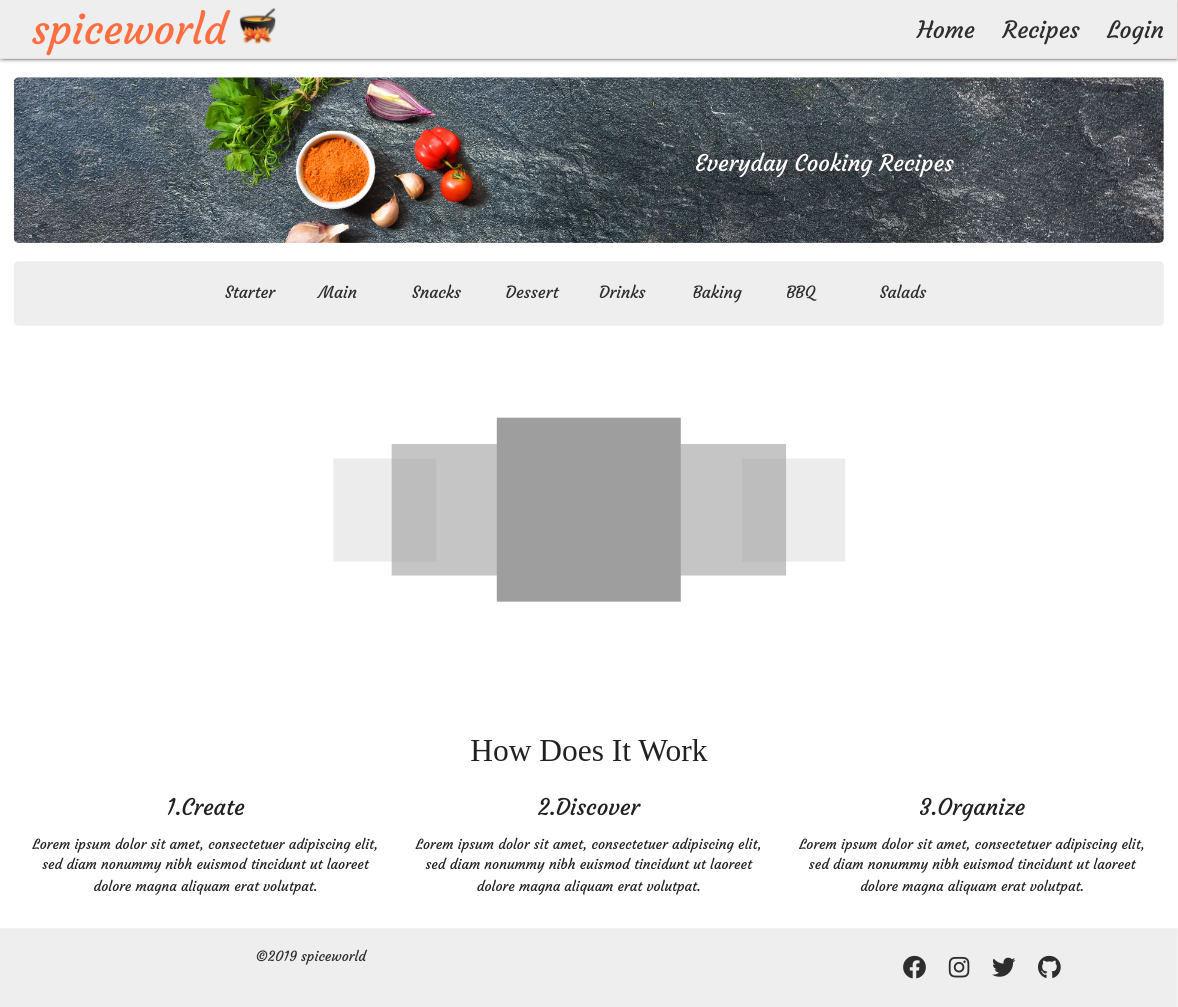
Repository: stephyraju/spiceworld
Page: http://localhost/
The author's editor kept a record of every edit. The page is drawn from the files as they stood at one moment, then again after the next edit.
The browser window is 1280 px wide. The pictures show the whole page, at 92% of full size.
Pictures or frames that could not be fetched are drawn as grey boxes. Some web libraries are served in a nearby version. The page is served by the project's application, run on Flask 3 (app.py). Queries for data that is not in the repository find no rows.

Above is the page before.

### templates/index.html
{% extends 'base.html'%} {% block content %}
<!-- Title image -->
<section class="title-container section-container">
 <img src="{{ url_for('static', filename='images/titleimg.jpg') }}" alt="title image">
 <div class="intro-content">
  <h5>Everyday Cooking Recipes</h5>
 </div>
</section>

<!-- Category -->
<section class="catergory-container section-container">
 <div class="row">
  <div class="col s1 offset-s2">
   <!-- Dropdown Trigger -->
   <a class='dropdown-trigger' href='#' data-target='dropdown1'>Starter</a>
  </div>
  <!-- Dropdown Structure -->
  <ul id='dropdown1' class='dropdown-content'>
   <li><a href="#!">one</a></li>
   <li><a href="#!">two</a></li>
   <li><a href="#!">three</a></li>
   <li><a href="#!">four</a></li>
   <li><a href="#!">five</a></li>
  </ul>

  <div class="col s1">
   <!-- Dropdown Trigger -->
   <a class='dropdown-trigger' href='#' data-target='dropdown1'>Main</a>
  </div>
  <!-- Dropdown Structure -->
  <ul id='dropdown1' class='dropdown-content'>
   <li><a href="#!">one</a></li>
   <li><a href="#!">two</a></li>
   <li><a href="#!">three</a></li>
   <li><a href="#!">four</a></li>
   <li><a href="#!">five</a></li>
  </ul>
  <div class="col s1">
   <!-- Dropdown Trigger -->
   <a class='dropdown-trigger' href='#' data-target='dropdown1'>Snacks</a>
  </div>
  <!-- Dropdown Structure -->
  <ul id='dropdown1' class='dropdown-content'>
   <li><a href="#!">one</a></li>
   <li><a href="#!">two</a></li>
   <li><a href="#!">three</a></li>
   <li><a href="#!">four</a></li>
   <li><a href="#!">five</a></li>
  </ul>
  <div class="col s1">
   <!-- Dropdown Trigger -->
   <a class='dropdown-trigger' href='#' data-target='dropdown1'>Dessert</a>
  </div>
  <!-- Dropdown Structure -->
  <ul id='dropdown1' class='dropdown-content'>
   <li><a href="#!">one</a></li>
   <li><a href="#!">two</a></li>
   <li><a href="#!">three</a></li>
   <li><a href="#!">four</a></li>
   <li><a href="#!">five</a></li>
  </ul>
  <div class="col s1">
   <!-- Dropdown Trigger -->
   <a class='dropdown-trigger' href='#' data-target='dropdown1'>Drinks</a>
  </div>
  <!-- Dropdown Structure -->
  <ul id='dropdown1' class='dropdown-content'>
   <li><a href="#!">one</a></li>
   <li><a href="#!">two</a></li>
   <li><a href="#!">three</a></li>
   <li><a href="#!">four</a></li>
   <li><a href="#!">five</a></li>
  </ul>
  <div class="col s1">
   <!-- Dropdown Trigger -->
   <a class='dropdown-trigger' href='#' data-target='dropdown1'>Baking</a>
  </div>
  <!-- Dropdown Structure -->
  <ul id='dropdown1' class='dropdown-content'>
   <li><a href="#!">one</a></li>
   <li><a href="#!">two</a></li>
   <li><a href="#!">three</a></li>
   <li><a href="#!">four</a></li>
   <li><a href="#!">five</a></li>
  </ul>
  <div class="col s1">
   <!-- Dropdown Trigger -->
   <a class='dropdown-trigger' href='#' data-target='dropdown1'>BBQ</a>
  </div>
  <!-- Dropdown Structure -->
  <ul id='dropdown1' class='dropdown-content'>
   <li><a href="#!">one</a></li>
   <li><a href="#!">two</a></li>
   <li><a href="#!">three</a></li>
   <li><a href="#!">four</a></li>
   <li><a href="#!">five</a></li>
  </ul>
  <div class="col s1">
   <!-- Dropdown Trigger -->
   <a class='dropdown-trigger' href='#' data-target='dropdown1'>Salads</a>
  </div>
  <!-- Dropdown Structure -->
  <ul id='dropdown1' class='dropdown-content'>
   <li><a href="#!">one</a></li>
   <li><a href="#!">two</a></li>
   <li><a href="#!">three</a></li>
   <li><a href="#!">four</a></li>
   <li><a href="#!">five</a></li>
  </ul>
 </div>
</section>
<!-- Carosal-Display -->
<section class="carosal-display">
 <div class="row">

  <div class="carousel">
   <a class="carousel-item" href="#one!"><img src="https://lorempixel.com/250/250/nature/1"></a>
   <a class="carousel-item" href="#two!"><img src="https://lorempixel.com/250/250/nature/2"></a>
   <a class="carousel-item" href="#three!"><img src="https://lorempixel.com/250/250/nature/3"></a>
   <a class="carousel-item" href="#four!"><img src="https://lorempixel.com/250/250/nature/4"></a>
   <a class="carousel-item" href="#five!"><img src="https://lorempixel.com/250/250/nature/5"></a>
  </div>
 </div>
</section>
<!-- Description -->
<section class="section-container div-description">
 <div class="row cells center">
  <div class="col s12">
   <h4> How Does It Work </h3>
  </div>
  <div class="col s12 m4 content">
   <h5>1.Create</h5>
   <p>Lorem ipsum dolor sit amet, consectetuer adipiscing elit, sed diam nonummy nibh euismod tincidunt ut laoreet dolore magna aliquam erat volutpat. </p>
  </div>
  <div class="col s12 m4 content">
   <h5>2.Discover</h5>
   <p>Lorem ipsum dolor sit amet, consectetuer adipiscing elit, sed diam nonummy nibh euismod tincidunt ut laoreet dolore magna aliquam erat volutpat. </p>
  </div>
  <div class="col s12 m4 content">
   <h5>3.Organize</h5>
   <p>Lorem ipsum dolor sit amet, consectetuer adipiscing elit, sed diam nonummy nibh euismod tincidunt ut laoreet dolore magna aliquam erat volutpat. </p>
  </div>
 </div>
</section>

{% endblock %}

### templates/base.html
<!DOCTYPE html>
<html lang="en">

<head>
  <meta charset="UTF-8">
  <meta name="viewport" content="width=device-width, initial-scale=1.0">
  <meta http-equiv="X-UA-Compatible" content="ie=edge">
  <title>spiceworld</title>

  <!--Google Fonts-->
  <link href="https://fonts.googleapis.com/css?family=Courgette&display=swap" rel="stylesheet">
  <!--Font Awesome-->
  <link rel="stylesheet" href="https://use.fontawesome.com/releases/v5.8.2/css/all.css" integrity="sha384-oS3vJWv+0UjzBfQzYUhtDYW+Pj2yciDJxpsK1OYPAYjqT085Qq/1cq5FLXAZQ7Ay" crossorigin="anonymous">
  <!--Materialize CSS-->
  <link rel="stylesheet" href="https://cdnjs.cloudflare.com/ajax/libs/materialize/1.0.0/css/materialize.min.css">
  <!--CSS-->
  <link rel="stylesheet" href="{{ url_for('static', filename='css/style.css')}}" type="text/css" />

</head>

<body>

  <!--Header-->
  <header class="navbar-fixed">
    <nav>
      <div class="nav-wrapper grey lighten-3">
        <a href="#" class="brand-logo">spiceworld <img class="hide-on-med-and-down" src="{{ url_for('static', filename='images/logo.png') }}"></a>
        <a href="#" data-target="mobile-sidenav" class="sidenav-trigger"><i class="fas fa-bars"></i></a>
        <ul id="nav-mobile" class="right hide-on-med-and-down">
          <li><a href="{{ url_for('get_recipes') }}">Home</a></li>
          <li><a href="{{ url_for('view_recipes') }}">Recipes</a></li>
          <li><a href="collapsible.html">Login</a></li>
        </ul>
      </div>
    </nav>
  </header>
  <!--Sidenav-->
  <ul class="sidenav" id="mobile-sidenav">
    <img class="responsive-img" src="{{ url_for('static', filename='images/sidenav.png') }}" alt="spices-image">

    <li><a class="active" href="#">Home</a></li>
    <li><a href="#!">Recipes</a></li>

    <li><a href="#">Login</a></li>
    <li><a class="waves-effect" href="#!">Third Link With Waves</a></li>
  </ul>

  <main>
    {% block content %}
    {% endblock %}
  </main>

  <footer class="page-footer grey lighten-3">

     <div class="row footer-content">
        <div class="col s5 m4">
          <div>&copy;2019 spiceworld</div>
        </div>
        <div class="col s7 m3">
                    <a href="https://www.facebook.com/" target="_blank"><i class="fab fa-facebook social-icon"></i></a>
                    <a href="https://www.instagram.com/" target="_blank"><i class="fab fa-instagram social-icon"></i></a>
                    <a href="https://www.twitter.com/" target="_blank"><i class="fab fa-twitter social-icon"></i></a>
                    <a href="https://github.com/stephyraju" target="_blank"><i class="fab fa-github social-icon"></i></a>
        </div>

      </div>

  </footer>

  <script src="https://code.jquery.com/jquery-3.4.0.slim.js" integrity="sha256-milezx5lakrZu0OP9b2QWFy1ft/UEUK6NH1Jqz8hUhQ=" crossorigin="anonymous"></script>
  <script src="https://cdnjs.cloudflare.com/ajax/libs/materialize/1.0.0/js/materialize.min.js"></script>
  <script src="{{ url_for('static', filename='js/main.js') }}"></script>
</body>

</html>

### app.py
import os
from flask import Flask, render_template, redirect, request, url_for
from flask_pymongo import PyMongo
from bson.objectid import ObjectId

# declaring app name
app = Flask(__name__)

app.config["MONGO_DBNAME"] = 'cook_book'
app.config["MONGO_URI"] = os.getenv('MONGO_URI', 'mongodb://localhost')

mongo = PyMongo(app)

@app.route('/')
@app.route('/index')
def index():
     return render_template("index.html", recipes=mongo.db.recipes.find())

#@app.route('/get_recipes',methods=['GET'])
#def get_recipes():
 #    return render_template("recipes.html", recipes=mongo.db.recipes.find())

@app.route('/', methods=['POST', 'GET'])
def get_recipes():

    recipes = mongo.db.categories.find().sort('name', pymongo.ASCENDING)
    return render_template('recipes.html',
                           recipes=recipes,
                           categories=categories)


@app.route('/add_recipe')
def add_recipe():
     return render_template("addrecipe.html",
               recipes=mongo.db.recipes.find(),
               categories = mongo.db.categories.find(),
               cuisines=mongo.db.cuisines.find(),
               difficulty=mongo.db.difficulty.find(),
               allergens=mongo.db.allergens.find())


@app.route('/insert_recipe', methods=['POST'])
def insert_recipe():
    print(request.form)
    print(request.form.getlist('ingredients[]'))
    print(request.form.to_dict())
    recipes = mongo.db.recipes
    data = request.form.to_dict()
    data.update({'ingredients':request.form.getlist('ingredients[]')})
    del data['ingredients[]']
    recipes.insert_one(data)
    return redirect(url_for('get_recipes'))

@app.route('/view_recipes', methods=['GET'])
def view_recipes():
     return render_template("view.html",
               categories=mongo.db.categories.find())


if __name__ == '__main__':
    app.run(host=os.environ.get('IP'),
            port=int(os.environ.get('PORT')),
            debug=True)

### static/css/style.css
@import url('https://fonts.googleapis.com/css?family=Courgette&display=swap');

body {
  background-color: F0F0F0;
  font-family: "Courgette", sans-serif;
  display: flex;
  flex-direction: column;
  min-height: 100vh;
  overflow-x: hidden;
}
.section-container {
  max-width: 100%;
  margin-left: auto;
  margin-right: auto;
  padding-left: 15px;
  padding-right: 15px;
  border-radius: 5px;
}
/* -------- Nav Bar ----------*/

nav {
     font-family: 'Courgette';
}

nav .brand-logo {
    color: #ff6e40;
    font-size: 3rem;
    font-family: 'Courgette', cursive;
    -webkit-transition: 0.2s;
    -o-transition: 0.2s;
    transition: 0.2s;
}

@media screen and (min-width: 993px){
nav .brand-logo {
    margin-left: 2.3rem;
}
}
nav ul a {
  color:#2d2d2d;
  font-size: 1.7rem;
  font-family: 'Courgette';
}
nav ul a:hover,
nav ul .active {
  color:#ff6e40;
}
.fa-bars{
  color: #ff6e40;
}

/*--------Title----------*/

.title-container{
  position: relative;
  text-align: center;
  color: white;
  width:100%;
  margin-top: 20px;
}
.title-container img{
    display: block;
    width: 100%;
    height: 25vh;
    object-fit: cover;
    border-radius: 5px;
}

.intro-content{
  position: absolute;
  top: 50%;
  left: 70%;
  transform: translate(-50%, -50%);
}
/*--------Category---------*/

.catergory-container{
  font-size: 1.2rem;
  color:#2d2d2d;
  margin-top: 20px;
  background-color:#eeeeee;
  height:70px;
  margin-left: 15px;
  margin-right: 15px;
}
.catergory-container .row {
  padding-top: 20px;
}
.catergory-container a {
  color:#2d2d2d;
}
.catergory-container a :hover {
  color:#ff6e40 !important;
}

/*--------Description---------*/
.cells h4 {
  font-family: 'Muli','sans-serif';
}
.cells-head{
  padding-top: 20px;
  color: #76c14f;
  font-size: 1.5rem;

}
/*--------Footer---------*/

.page-footer i{
  color:#2d2d2d;
}
.page-footer i:hover{
   color:#ff6e40;
}
.page-footer {
    min-height: 45px;
}
.footer-content{
  display:flex;
  color:#2d2d2d;
}
.copyright{
  padding-top: 10px;
}
.social-icon {
  margin: 10px;
  color: white;
  font-size: 1.7rem;
}

### static/js/main.js
$(document).ready(function(){
    $('.sidenav').sidenav();
    $('.dropdown-trigger').dropdown();
    $('select').formSelect();
    $('.carousel').carousel();

  });

 var ingredientField = $(".ingredient").length;
    $("#add_ingredient").on("click", function () {
        $("select").formSelect("destroy");
        $(".new-ingredient:first").clone().insertBefore("#add_ingredient").find("input[type='text'], select, textarea").val("");
        $("select").formSelect();
        ingredientField += 1;
    });

    $("#remove_ingredient").on("click", function () {
        if (ingredientField > 1) {
            /* only remove the :last item */
            $(this).siblings(".new-ingredient:last").remove();
            /* ensure original ingredient line never gets deleted */
            ingredientField-= 1;
        }
    });


var methodField = $(".method").length;
    /* add new cloned item */
    $("#add-method").on("click", function () {
        /* clone and remove existing values */
        $(".new-step:first").clone().insertBefore("#add-method").find("input[type='text'], select, textarea").val("");
        /* increase counter so original direction is never removed */
        methodField += 1;
    });
    /* delete last cloned item */
    $("#remove-method").on("click", function () {
        if ( methodField > 1) {
            /* only remove the :last item */
            $(this).siblings(".new-step:last").remove();
            /* ensure original direction line never gets deleted */
            methodField -= 1;
        }
    });

After the next edit:
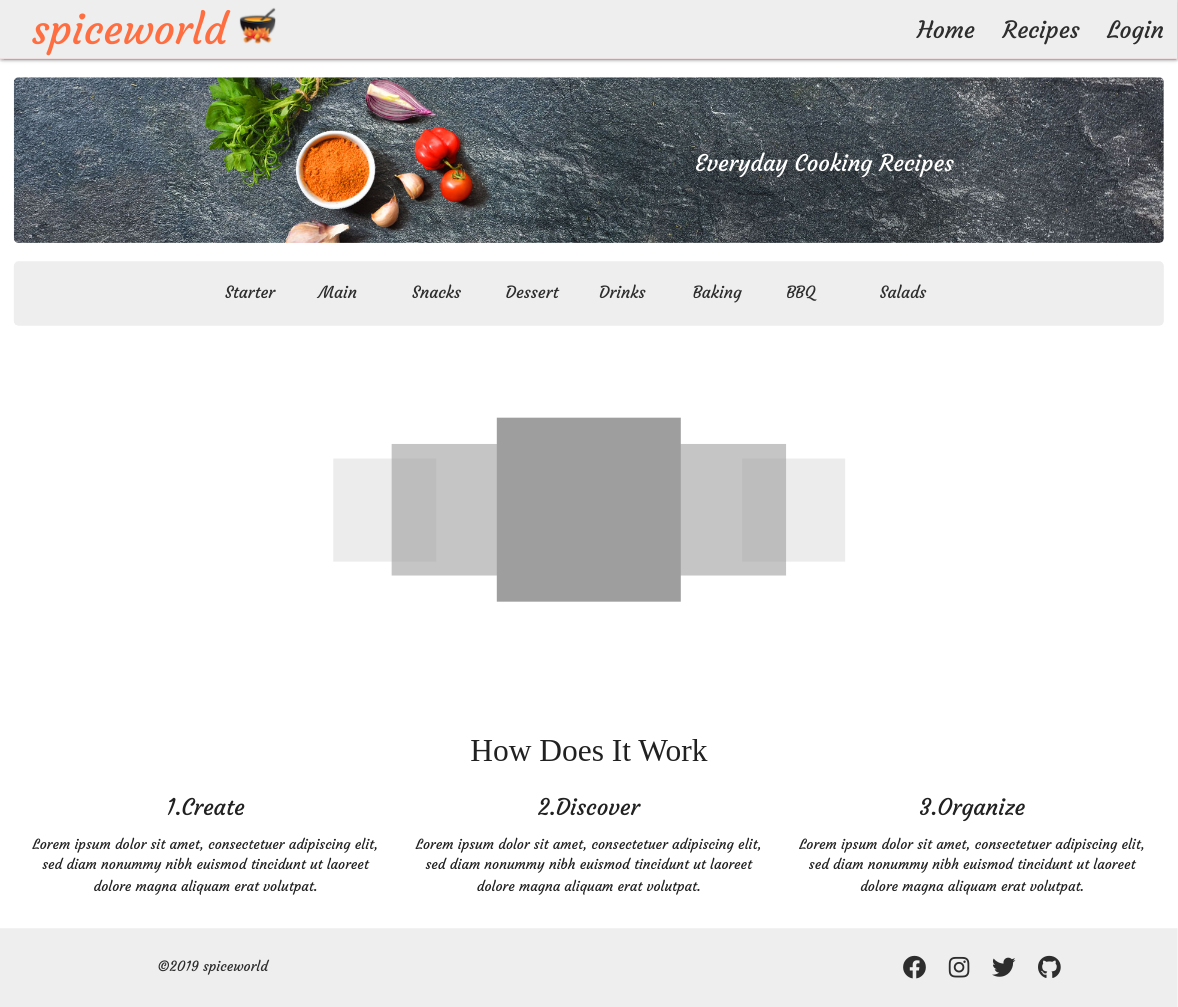
The edit:
--- a/templates/base.html
+++ b/templates/base.html
@@ -53,8 +53,8 @@
   <footer class="page-footer grey lighten-3">
 
      <div class="row footer-content">
-        <div class="col s5 m4">
-          <div>&copy;2019 spiceworld</div>
+        <div class="col s5 m6">
+          <div class="copyright">&copy;2019 spiceworld</div>
         </div>
         <div class="col s7 m3">
                     <a href="https://www.facebook.com/" target="_blank"><i class="fab fa-facebook social-icon"></i></a>
